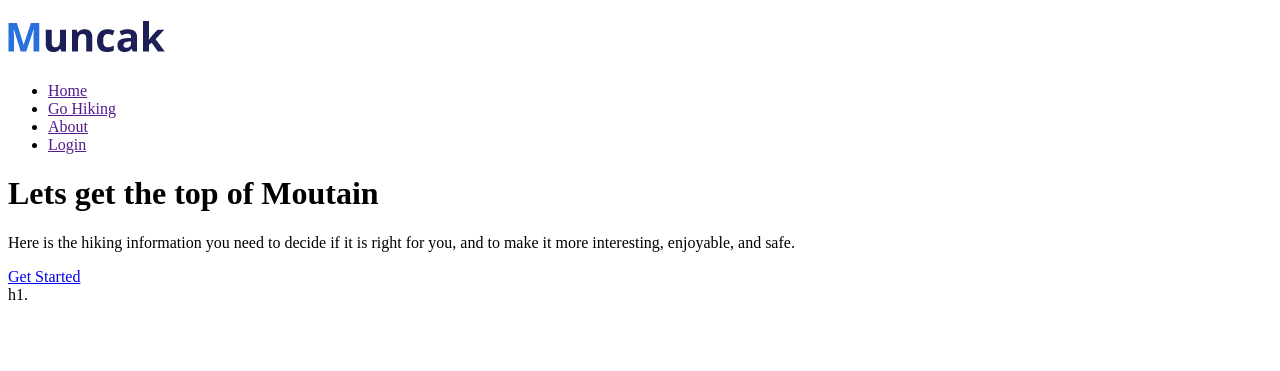
Repository: huubinh98/Project
Page: muncak/index.html
The author's editor kept a copy of each file at every save. The page is drawn from the files as they stood at one save, then again after the next save.
The browser window is 1280 px wide. The pictures show the whole page.

Above is the page before, as saved 2021-08-28 14:09:36.

### muncak/index.html
<!DOCTYPE html>
<html lang="en">

<head>
    <meta charset="UTF-8">
    <meta http-equiv="X-UA-Compatible" content="IE=edge">
    <meta name="viewport" content="width=device-width, initial-scale=1.0">
    <link rel="stylesheet" href="./style.css">
    <link rel="preconnect" href="https://fonts.googleapis.com">
    <link rel="preconnect" href="https://fonts.gstatic.com" crossorigin>
    <link href="https://fonts.googleapis.com/css2?family=Open+Sans:wght@300;400;600;700&display=swap" rel="stylesheet">
    <title>Muncak</title>
</head>

<body>
    <header class="header">
        <div class="container">
            <h1 class="logo"><a href="" class="logo-link"><img src="./image/Muncak.png" alt="" class="logo-img"></a>
            </h1>
            <ul class="nav-list">
                <li class="nav-item">
                    <a href="" class="nav-item-link">Home</a>
                </li>
                <li class="nav-item">
                    <a href="" class="nav-item-link">Go Hiking</a>
                </li>
                <li class="nav-item">
                    <a href="" class="nav-item-link">About</a>
                </li>
                <li class="nav-item">
                    <a href="" class="nav-item-link">Login</a>
                </li>
            </ul>
        </div>
        <div class="container-small">
            <h1 class="heading-banner">Lets get the top of Moutain</h1>
            <p class="heading-desc">Here is the hiking information you need to decide
                if it is right for you, and to make it more interesting,
                enjoyable, and safe.</p>
            <a href="#"> Get Started</a>
        </div>
    </header>
    <section class="">
        h1.
    </section>
</body>

</html>

Loaded but not shown: muncak/style.css (no stored copy; drawn as an empty file)

After the next save:
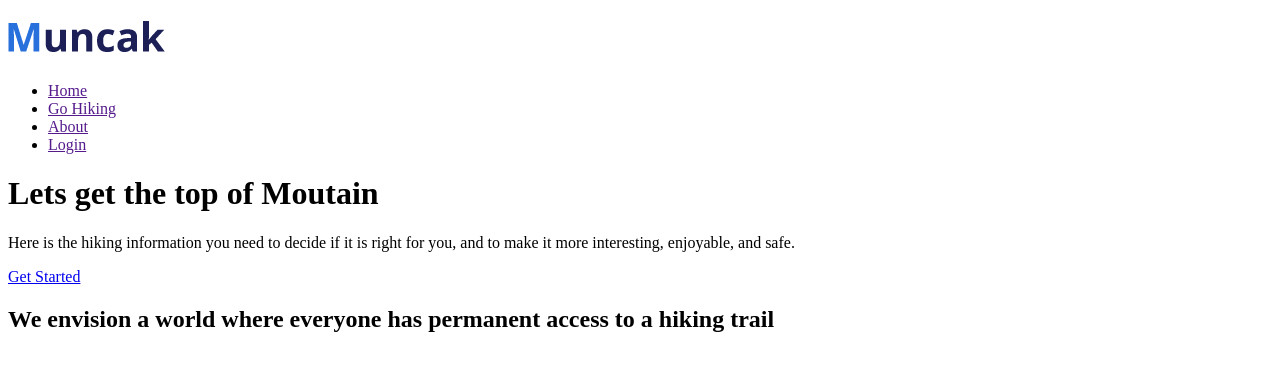
Saved 13 min 21 s later.
--- a/muncak/index.html
+++ b/muncak/index.html
@@ -37,11 +37,14 @@
             <p class="heading-desc">Here is the hiking information you need to decide
                 if it is right for you, and to make it more interesting,
                 enjoyable, and safe.</p>
-            <a href="#"> Get Started</a>
+            <a href="#" class="btn"> Get Started</a>
         </div>
     </header>
-    <section class="">
-        h1.
+    <section class="about">
+        <div class="container">
+            <h2 class="container-small">We envision a world  where everyone
+                has permanent access to a hiking trail</h2>
+        </div>
     </section>
 </body>
 
